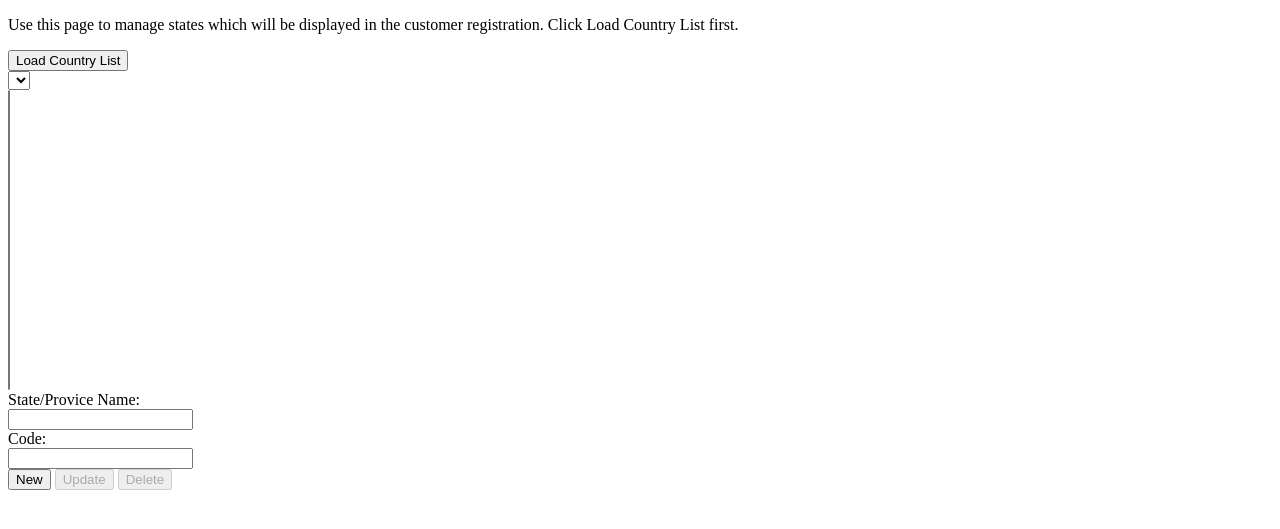
Repository: theAnh-js/Spring-Boot-E-commerce
Page: http://localhost/settings/states
The author's editor kept a copy of each file at every save. The page is drawn from the files as they stood at one save, then again after the next save.
The browser window is 1280 px wide. The pictures show the whole page.
The page is this project's Thymeleaf template; nobody is signed in. The template is opened directly, without the code that normally fills it, so the values that code supplies are empty.

Above is the page before, as saved 2024-02-19 06:13:59.

### ShopmeProject/ShopmeWebParent/ShopmeBackEnd/src/main/resources/templates/settings/states.html
<!DOCTYPE html>
<html xmlns:th="http://www.thymeleaf.org">
<body>
<div th:fragment = "content" th:remove="tag">
	<div>
		<p>
			Use this page to manage states which will be displayed in the customer registration.
			Click Load Country List first.
		</p>
	</div>
	<div>
		<input type="button" id="buttonLoadCountriesForState" class="btn btn-primary m-2" value="Load Country List"/>
	</div>
	<div>
		<select id="dropDownCountriesForState" class="form-control m-2">

		</select>
	</div>

	<div>
		<select id="dropDownStates" class="form-control m-2" style="height: 300px" size="3">

		</select>
	</div>

	<div class="form-group row ml-2">
		<label class="col-form-label mt-2" id="labelStateName">State/Provice Name:</label>
		<div class="col-md">
			<input type="text" class="form-control mt-2" id="fieldStateName"/>
		</div>

		<label class="col-form-label mt-2">Code:</label>
		<div class="col-md">
			<input type="text" class="form-control mt-2" id="fieldCountryCode"/>
		</div>

		<div class="col-lg-4 mt-2">
			<input type="button" id="buttonAddState" value="New" class="btn btn-secondary mr-2"/>
			<input type="button" id="buttonUpdateState" value="Update" class="btn btn-secondary mr-2" disabled="disabled"/>
			<input type="button" id="buttonDeleteState" value="Delete" class="btn btn-secondary" disabled="disabled"/>
		</div>
	</div>

</div>
</body>
</html>

After the next save:
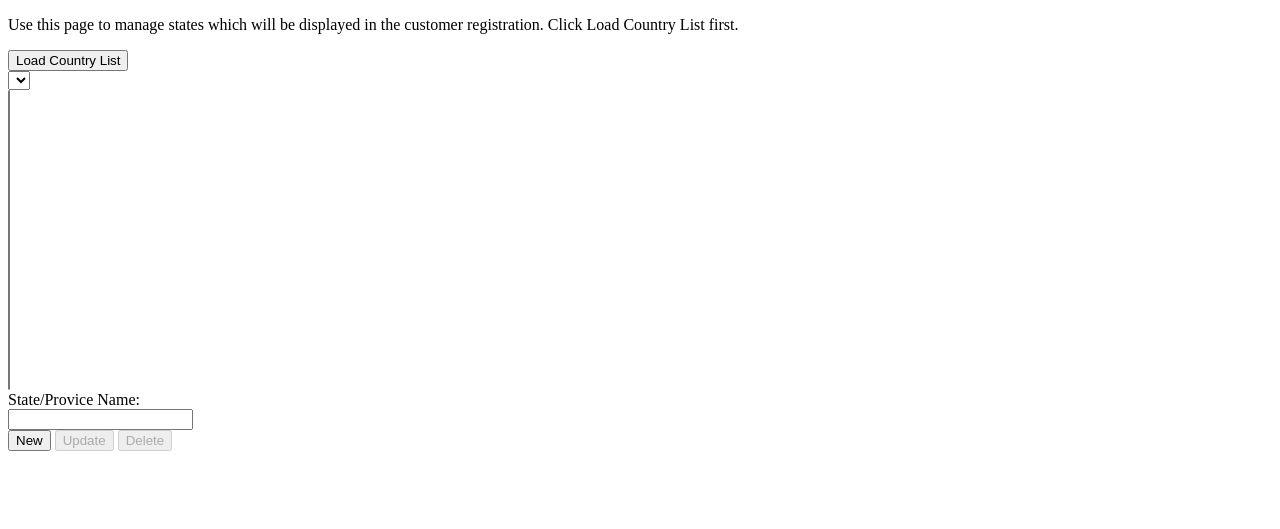
Saved 15 s later.
--- a/ShopmeProject/ShopmeWebParent/ShopmeBackEnd/src/main/resources/templates/settings/states.html
+++ b/ShopmeProject/ShopmeWebParent/ShopmeBackEnd/src/main/resources/templates/settings/states.html
@@ -29,11 +29,6 @@
 			<input type="text" class="form-control mt-2" id="fieldStateName"/>
 		</div>
 
-		<label class="col-form-label mt-2">Code:</label>
-		<div class="col-md">
-			<input type="text" class="form-control mt-2" id="fieldCountryCode"/>
-		</div>
-
 		<div class="col-lg-4 mt-2">
 			<input type="button" id="buttonAddState" value="New" class="btn btn-secondary mr-2"/>
 			<input type="button" id="buttonUpdateState" value="Update" class="btn btn-secondary mr-2" disabled="disabled"/>
